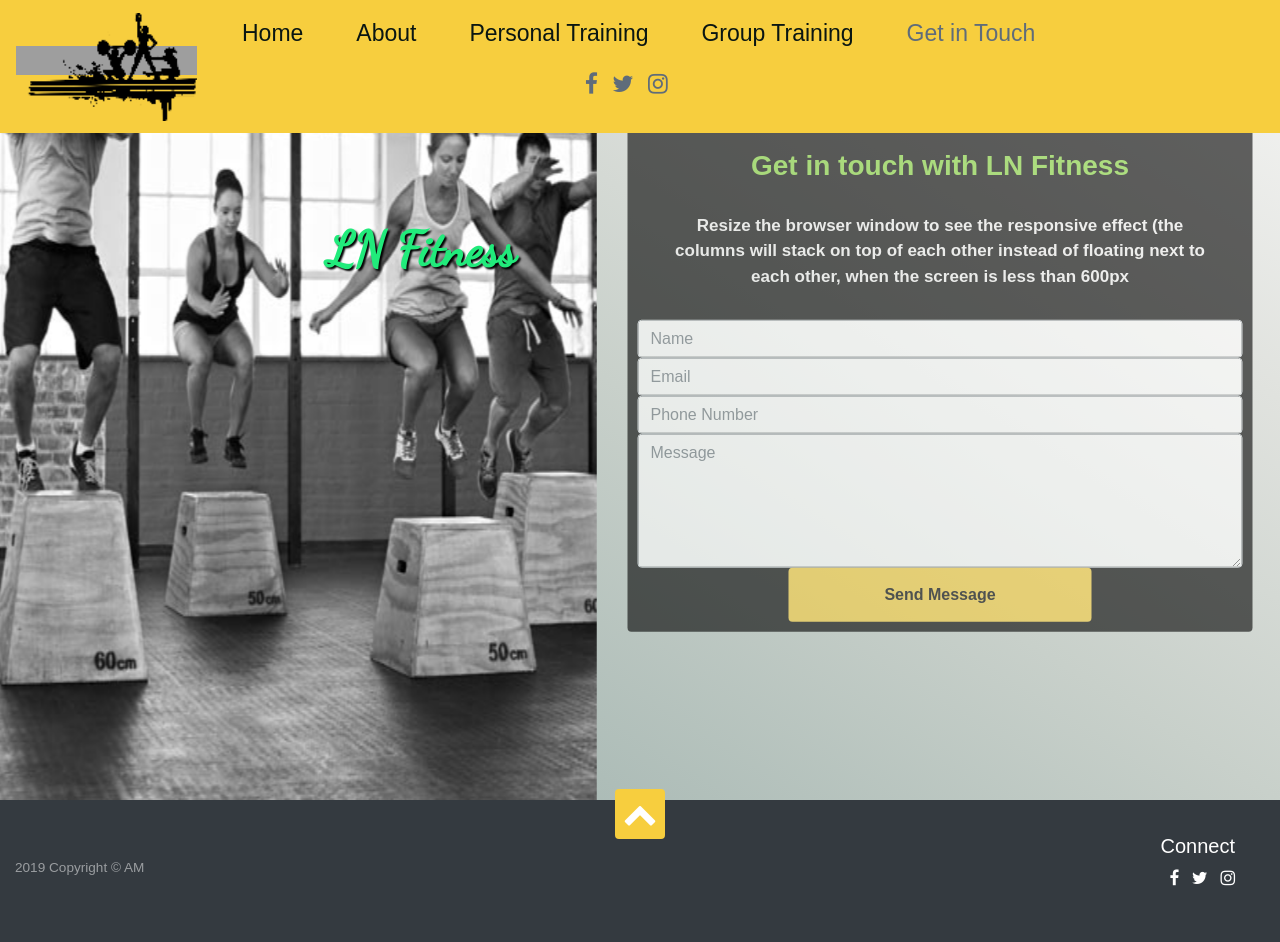
Repository: murphya14/Fitness-webpage
Page: get-in-touch.html
The author's editor kept a record of every edit. The page is drawn from the files as they stood at one moment, then again after the next edit.
The browser window is 1280 px wide. The pictures show the whole page.
Pictures or frames that could not be fetched are drawn as grey boxes. Some web libraries are served in a nearby version.

Above is the page before.

After the next edit:
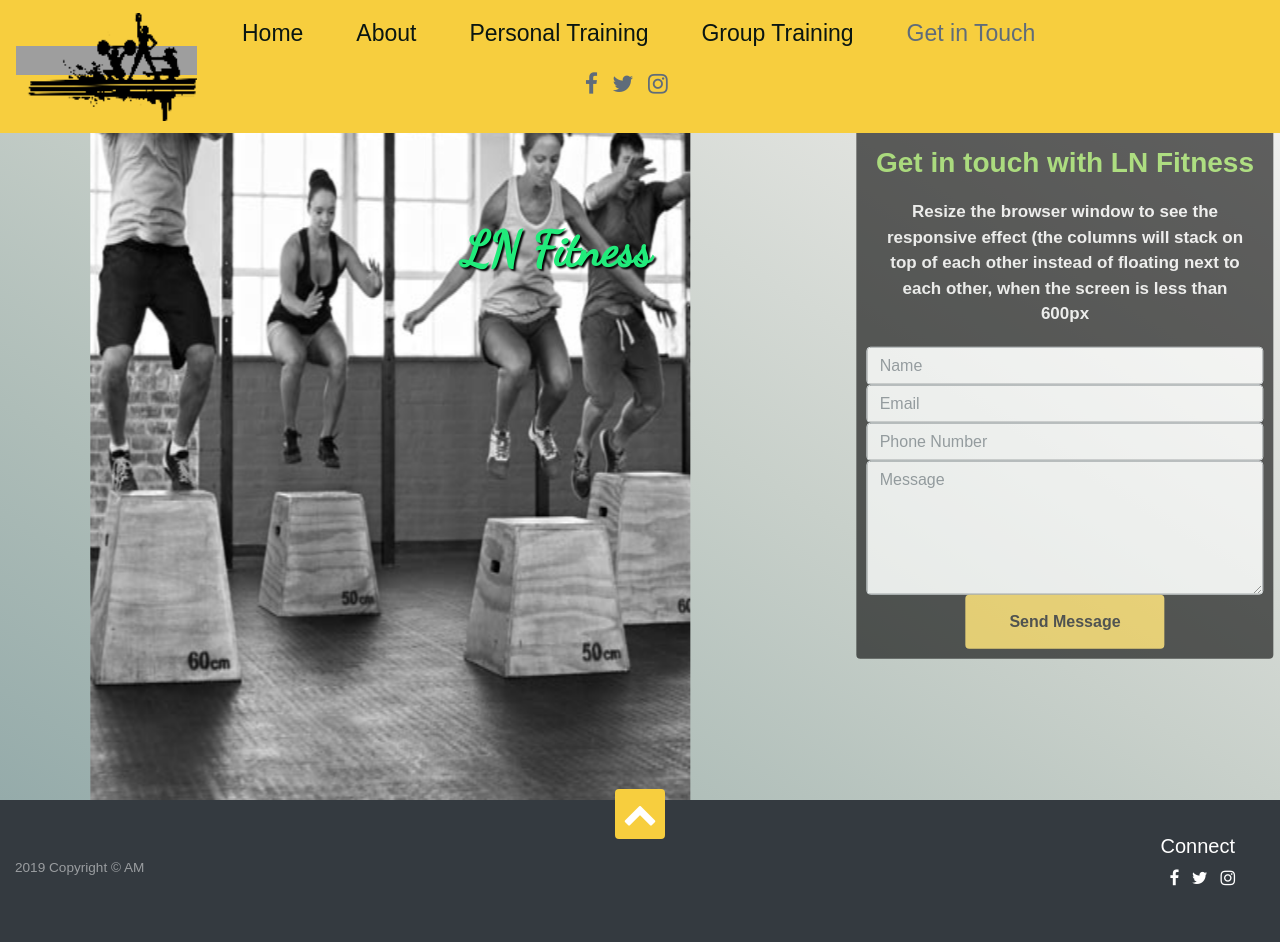
The edit:
--- a/get-in-touch.html
+++ b/get-in-touch.html
@@ -115,7 +115,7 @@
   </div>
   <!-- Content for section -->
 
-<div class="column col-md-6 col-sm-12 contact-box">
+<div class="column col-md-4 col-sm-12 contact-box">
    <div class="transbox">
     <h3 class="box-heading section-heading"> Get in touch with LN Fitness </h3>
           <p>
